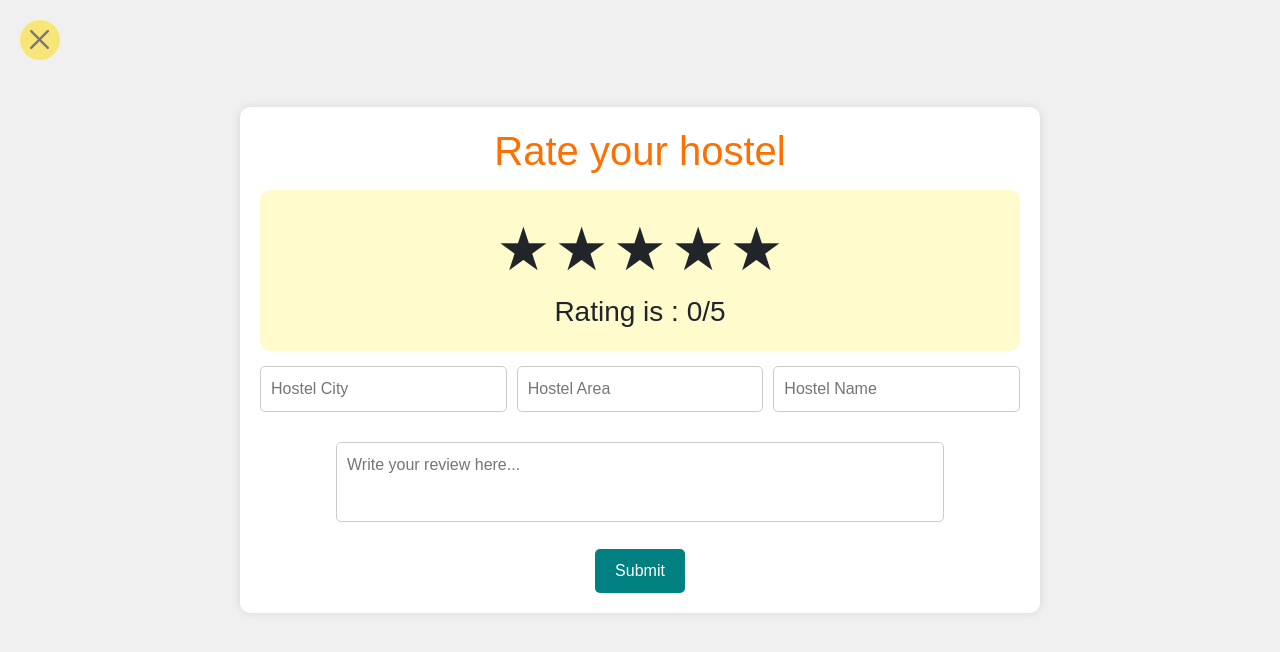
Repository: Sanjana-Inapakolla/Find-your-Roomie-website
Page: http://localhost/MiniProject/Rating.jsp
The author's editor kept a copy of each file at every save. The page is drawn from the files as they stood at one save, then again after the next save.
The browser window is 1280 px wide. The pictures show the whole page.
The page is served by Tomcat 10.

Above is the page before, as saved 2024-11-13 11:13:31.

After the next save:
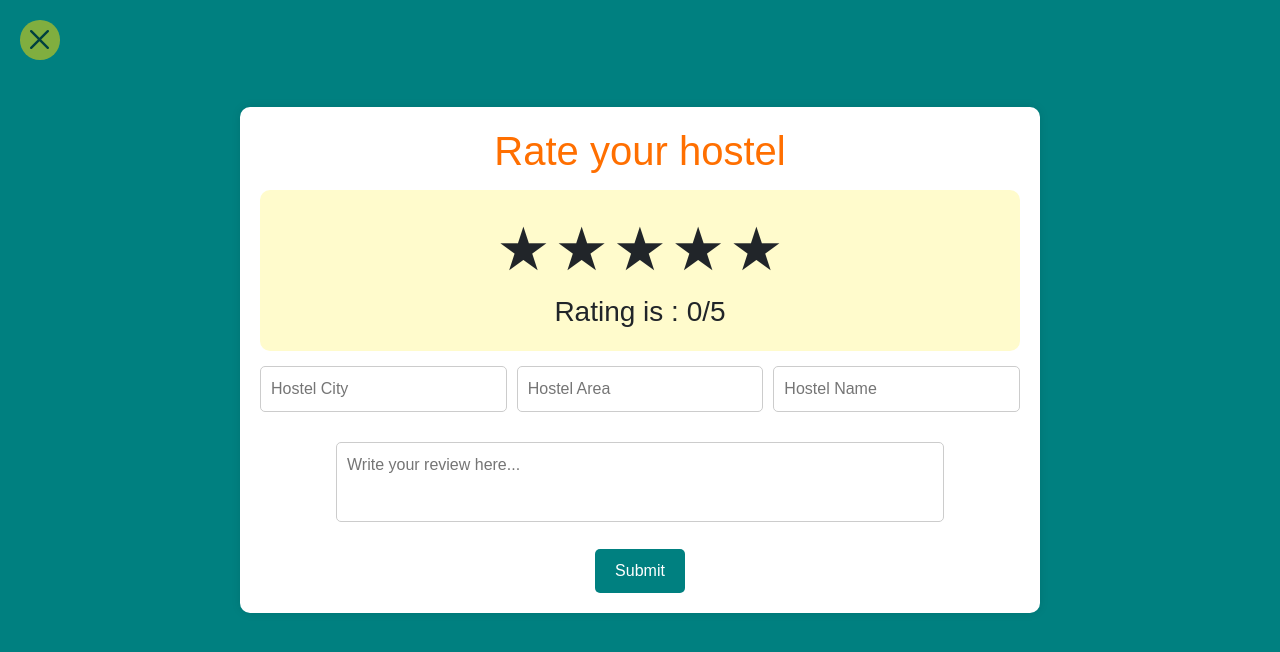
Saved 55 s later.
--- a/mini-project(jfst)/MiniProject/src/main/webapp/Rating.jsp
+++ b/mini-project(jfst)/MiniProject/src/main/webapp/Rating.jsp
@@ -13,7 +13,7 @@
         align-items: center;
         height: 100vh;
         margin: 0;
-        background-color: #F0F0F0; /* Light gray */
+        background-color:#008080; /* Light gray */
     }
 
     .container {
